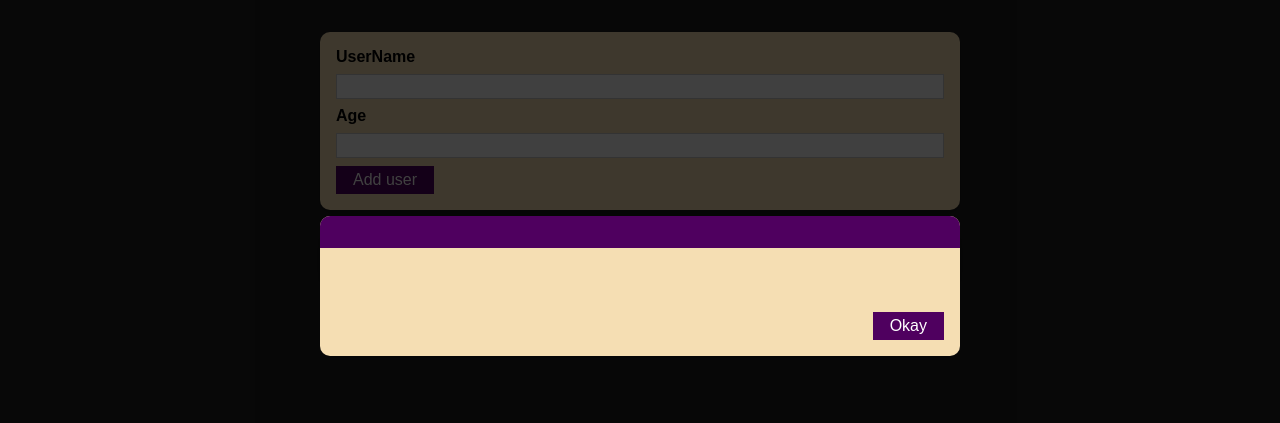
Repository: Wakkaba/08-Demo-proj
Page: /
An editor plug-in stored every save of this project. The page is shown before and after the next save, followed by the edit.
The browser window is 1280 px wide. The pictures show the whole page.
The project was rebuilt for these pictures with package versions that can differ from the ones it lists, and the page was loaded fresh each time.

Above is the page before, as saved 2021-10-25 17:40:50.

### src/App.js
import React, { useState } from "react";
import { AddUser } from "./components/Users/AddUser";
import { UsersList } from "./components/Users/UserList";

function App() {
  const [userList, setUserList] = useState([]);

  const addUserHandler = (uName, uAge) => {
    setUserList((prevUserList) => {
      return [...prevUserList, {name: uName, age: uAge, id: Math.random()*100}]
    })

  }

  return (
    <div>
      <AddUser onAddUser={addUserHandler} />
      <UsersList users={userList} />
    </div>
  );
}

export default App;

### src/components/Users/AddUser.js
import React, { useState } from "react";
import "./AddUser.css";
import { Card } from "../UI/Card";
import { Button } from "../UI/Button";
import { ErrorModal } from "../UI/ErrorModal";
export const AddUser = (props) => {
  const [enteredUsername, setEnteredUsername] = useState("");
  const [enteredAge, setEnteredAge] = useState("");

  const userNameChangeHandler = (e) => {
    setEnteredUsername(e.target.value);
  };

  const userAgeChangeHandler = (e) => {
    setEnteredAge(e.target.value);
  };

  const addUserHandler = (e) => {
    e.preventDefault();
    if (enteredUsername.trim().length === 0 || enteredAge.trim().length === 0) {
      return;
    }
    if (+enteredAge < 1) {
      return;
    }

    setEnteredUsername("");
    setEnteredAge("");
    props.onAddUser(enteredUsername, enteredAge);
  };

  return (
    <div>
      <ErrorModal />
      <Card className="input">
        <form onSubmit={addUserHandler}>
          <label htmlFor="username">UserName</label>
          <input
            value={enteredUsername}
            onChange={userNameChangeHandler}
            id="username"
            type="text"
          />
          <label htmlFor="age">Age</label>
          <input
            value={enteredAge}
            onChange={userAgeChangeHandler}
            id="age"
            type="number"
          />
          <Button type="submit">Add user</Button>
        </form>
      </Card>
    </div>
  );
};

### src/components/Users/UserList.js
import React from "react";
import {Card} from "../UI/Card"
import './UserList.css'
export const UsersList = (props) => {
  return (
    <Card className="users">
      <ul>
        {props.users.map((user) => (
          <li key={user.id}>
            {user.name} ({user.age} years old)
          </li>
        ))}
      </ul>
    </Card>
  );
};

### src/components/UI/Card.js
import React from "react";
import "./Card.css";

export const Card = (props) => {
  return <div className={` ${'card'} ${props.className}`}>{props.children}</div>;
};

### src/components/UI/Button.js
import React from "react";
import "./Button.css";

export const Button = (props) => {
  return (
    <button
      onClick={props.onClick}
      className="button"
      type={props.type || "button"}
    >
      {props.children}
    </button>
  );
};

### src/components/UI/ErrorModal.js
import React from "react";
import "./ErrorModal.css";
import { Card } from "./Card";
import { Button } from "../UI/Button";

export const ErrorModal = (props) => {
  return (
    <div>
      <div className="backdrop" />
      <Card className="modal">
        <header className="header">
          <h2>{props.title}</h2>
        </header>
        <div className="content">
          <p>{props.message}</p>
        </div>
        <footer className="actions">
          <Button>Okay</Button>
        </footer>
      </Card>
    </div>
  );
};

### src/components/UI/Card.css
.card {
    background: wheat;
    border-radius: 10px;
    box-shadow: 0 2px 8px rgba(0, 0, 0, 0.26);
}

Loaded but not shown: public/index.html (common file); src/index.js (common file); src/index.css (common file); src/components/Users/AddUser.css (common file); src/components/Users/UserList.css (common file); src/components/UI/Button.css (common file); src/components/UI/ErrorModal.css (common file)

After the next save:
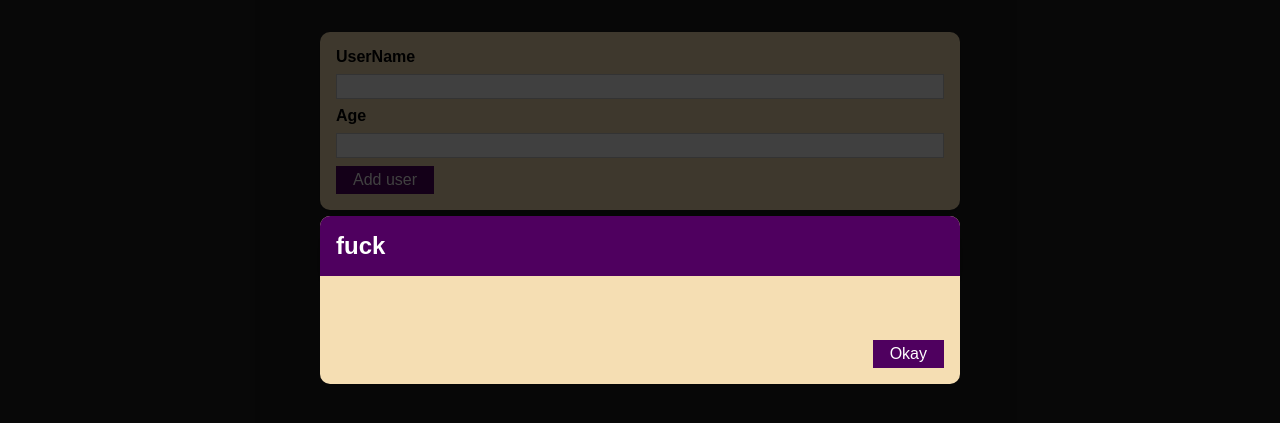
Saved 25 s later.
--- a/src/components/Users/AddUser.js
+++ b/src/components/Users/AddUser.js
@@ -31,7 +31,7 @@ export const AddUser = (props) => {
 
   return (
     <div>
-      <ErrorModal />
+      <ErrorModal title="fuck" />
       <Card className="input">
         <form onSubmit={addUserHandler}>
           <label htmlFor="username">UserName</label>
